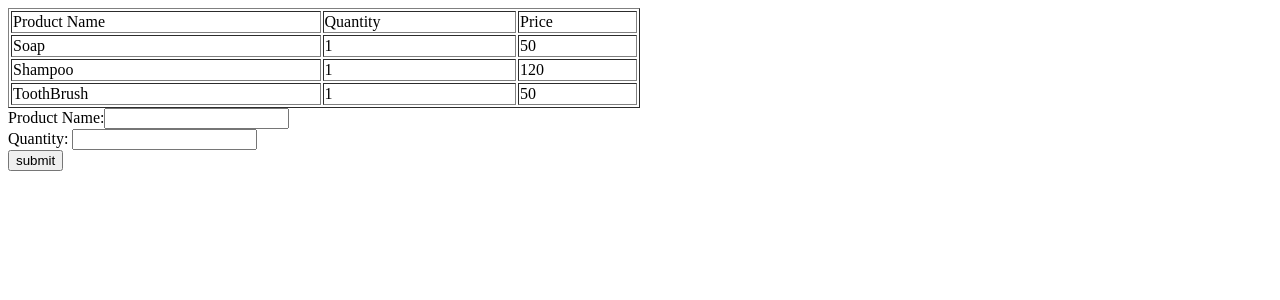
Repository: avishi14/Java_Practise
Page: webApplication/ValidateAge/WebContent/Product.html
The author's editor kept a copy of each file at every save. The page is drawn from the files as they stood at one save, then again after the next save.
The browser window is 1280 px wide. The pictures show the whole page.

Above is the page before, as saved 2019-09-06 10:54:48.

After the next save:
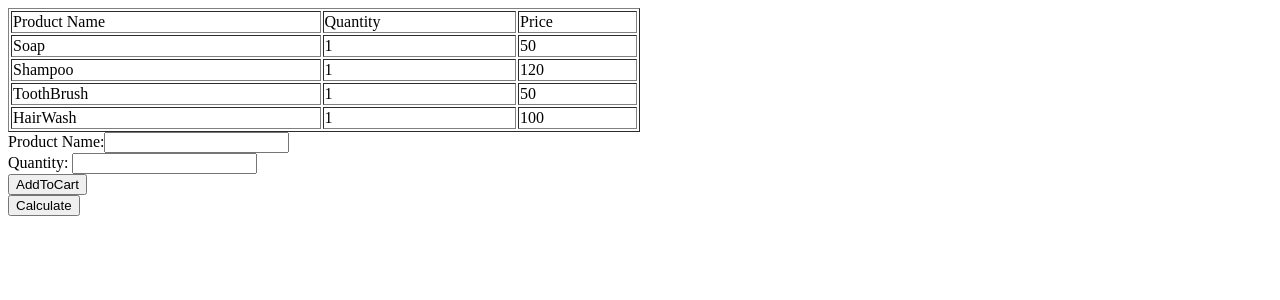
Saved 18 h 54 min later.
--- a/webApplication/ValidateAge/WebContent/Product.html
+++ b/webApplication/ValidateAge/WebContent/Product.html
@@ -18,12 +18,15 @@
 <tr>
 <td> ToothBrush </td> <td>1</td><td>50</td>
 </tr>
-
+<tr>
+<td> HairWash </td> <td>1</td><td>100</td>
+</tr>
 </table>
 <form action ="CalculatorService" method="post">
 Product Name:<input type="text" name="prname"/><br>
 Quantity: <input type="text" name="qty"/><br>
-<input type="submit" name="AddToCart" value="submit" /><br>
+<input type="submit" name="AddToCart" value="AddToCart" /><br>
+<input type="submit" name="Calculate" value="Calculate" /><br>
 </form>
 
 </body>
